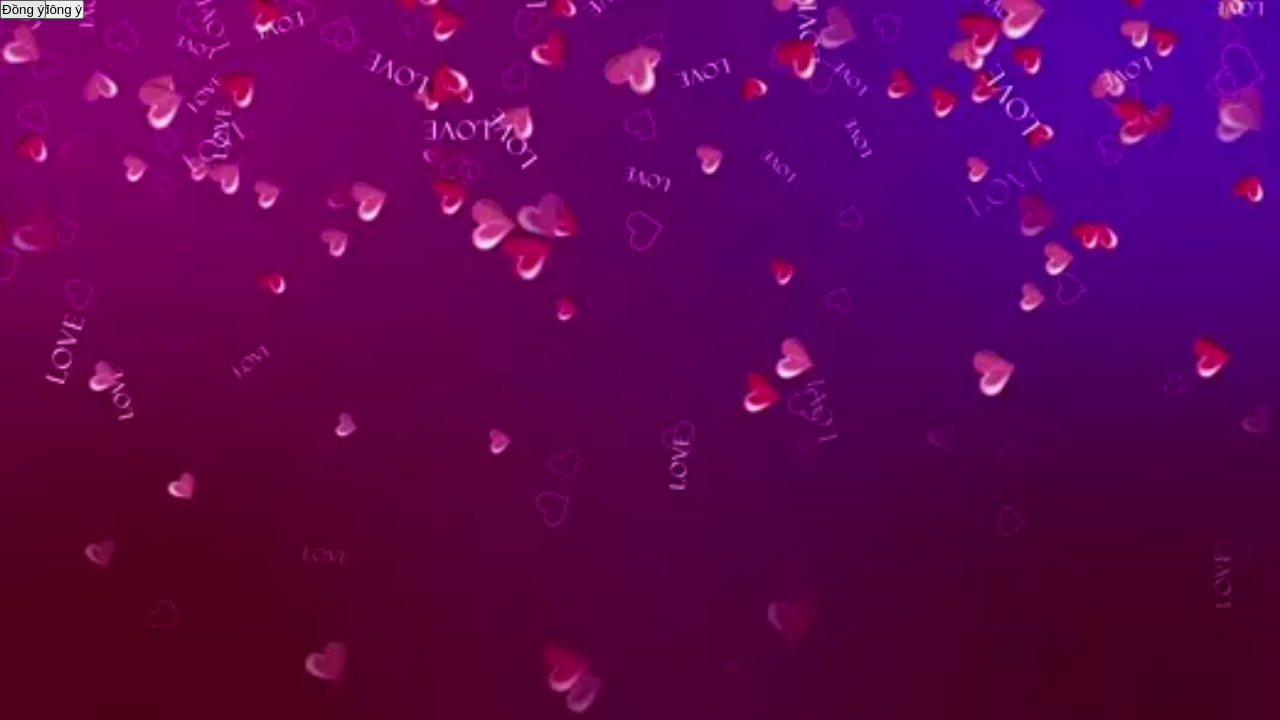
Repository: kuluong2000/love
Page: index.html
These files come from the project's save history. The page is drawn as it stood at one moment and after the next save; the edit follows.
The browser window is 1280 px wide. The pictures show the whole page.

Above is the page before, as saved 2022-06-04 21:43:13.

### index.html
<!DOCTYPE html>
<html lang="en">
  <head>
    <meta charset="UTF-8" />
    <meta http-equiv="X-UA-Compatible" content="IE=edge" />
    <meta name="viewport" content="width=device-width, initial-scale=1.0" />
    <link rel="stylesheet" href="app.css" />
    <title>Document</title>
  </head>
  <body>
    <div class="love">
      <button class="love-success">Đồng ý</button>
      <button class="love-fail">không đông ý</button>
    </div>
  </body>
</html>

### app.css
* {
  padding: 0;
  margin: 0;
  box-sizing: border-box;
}
.love {
  position: relative;
  width: 100%;
  height: 100vh;
  background: url("./image/bg.webp") no-repeat center / cover;
}
.love-success {
  position: absolute;
}

After the next save:
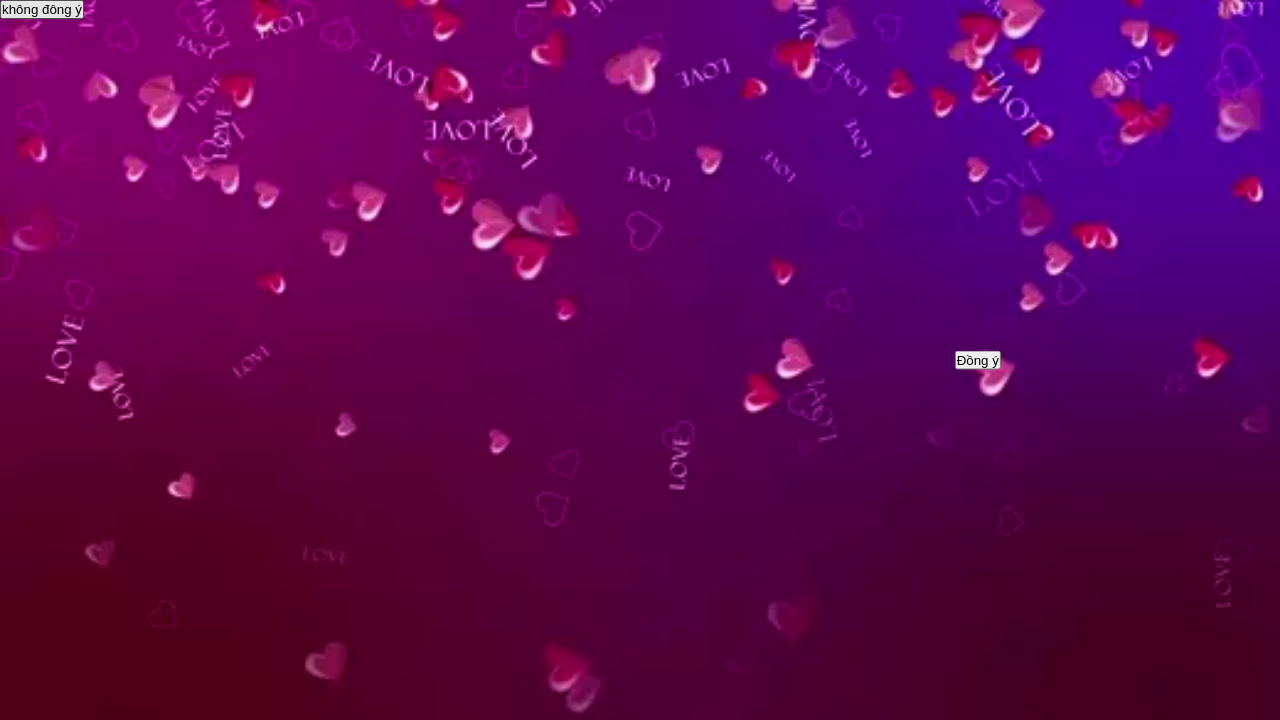
Saved 23 s later.
--- a/app.css
+++ b/app.css
@@ -11,4 +11,7 @@
 }
 .love-success {
   position: absolute;
+  right: 20%;
+  top: 50%;
+  transform: translate(-50%, -50%);
 }
